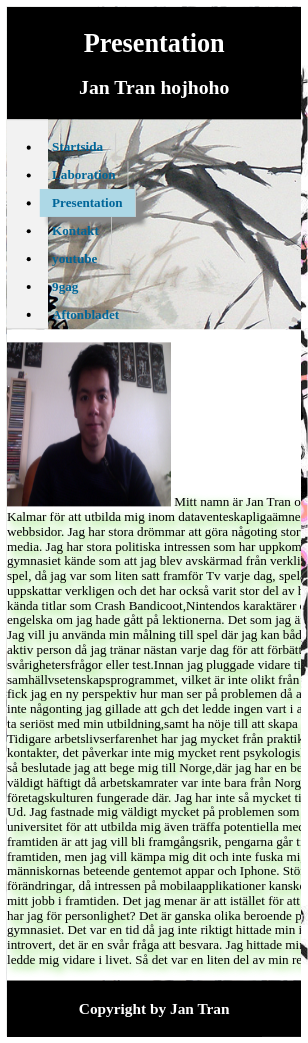
Repository: jt222ic/1ik415-jt222ic-lab-1
Page: pages/presentation.html
The author's editor kept a record of every edit. The page is drawn from the files as they stood at one moment, then again after the next edit.
The browser window is 375 px wide. The pictures show the whole page, at 82% of full size.

Above is the page before.

### pages/presentation.html
<!DOCTYPE html>
<html lang="sv">

<head>
    <meta charset="utf-8" />
    <title>någonting</title>
    <link rel="stylesheet" href="Csss/style.css" media="screen" />
<link rel="stylesheet" href="Csss/print.css" media="print"/>
<link rel="stylesheet" href="Csss/mobile.css"/>
<meta name="viewport" content="width=device-width, initial-scale=1.0, maximum-scale=1.0, user-scalable=0">

</head>

<body>
<div id="container">


    <div id="header">
        <h1>Presentation</h1>
        <h2> Jan Tran hojhoho</h2>
    </div>

    <div id="nav">
        <ul>
            <li><a id="Start-icon" href="../index.html"> Startsida</a>
            </li>
            <li><a id="Laboration-icon" href="laboration.html"> Laboration</a>
            </li>
            <li><a id="Presentation-icon"href="presentation.html" class="active"> Presentation</a>
            </li>
            <li><a id="Kontakt-icon" href="kontakt.html"> Kontakt</a>
            </li>

            <li><a href="https://www.youtube.com">youtube </a>
            </li>
            <li><a href="https://www.9gag.com">9gag</a>
            </li>
            <li><a href="https://www.Aftonbladet.se">Aftonbladet</a>
            </li>
        </ul>
    </div>
    <div id="content">
    <div id="section">
    <div id="background">             </div>
     <div id="img"><p><img class="left" src="jpeg/JanT.jpg" width="200" height="200" alt="bildavJan"/>
            Mitt namn är Jan Tran och jag är 21 år. Jag har nämligen flyttat ut mig från Katrineholm till Kalmar för att utbilda mig inom dataventeskapligaämnen. Tanken var att jag ville skapa spelorienterade applikationer eller webbsidor. Jag har stora drömmar att
            göra någoting stort med mitt yrke och att jag gör någonting stort och att vara en del i media. Jag har stora politiska intressen som har uppkommit under den tiden efter gymnasiet.Det hände så att under min tid i gymnasiet kände som att jag
            blev avskärmad från verkligheten. Jag har många intressen i livet, det som är tyngst är ju Tv-spel, då jag var som liten satt framför Tv varje dag, spela lite övertid bara att få de extra 10 minuter. Spel är någonting jag uppskattar verkligen
            och det har också varit stor del av halva mitt liv och mina drömmar. Jag spelade mycket med många kända titlar som Crash Bandicoot,Nintendos karaktärer och final fantasy. Utan spel skulle jag inte vara så lika bra på engelska om jag hade gått
            på lektionerna. Det som jag är bra på är mycket med estetiska ämnen som musik och målningar. Jag vill ju använda min målning till spel där jag kan både programmera men även illustrera mitt verk.Jag själv är väldigt aktiv person då jag tränar
            nästan varje dag för att förbättra mina begränsningar, men även lindra stressen för att kunna lösa svårighetersfrågor eller test.Innan jag pluggade vidare till Linneuniversitet så gick jag under min gymnasiet tiden i samhällvsetenskapsprogrammet,
            vilket är inte olikt från lågstadiet,inklusive djupare frågor kring samhälle. Min lärdom där fick jag en ny perspektiv hur man ser på problemen då allting är inte svart och vitt. Det var roligt att studera där, fast det var inte någonting
            jag gillade att gch det ledde ingen vart i arbetslivet.Så därför valde jag Linneuniversitet då jag ville verkligen ta seriöst med min utbildning,samt ha nöje till att skapa mina egna projekt och få vidkännande.
            <br>Tidigare arbetslivserfarenhet har jag mycket från praktik då idag i Sverige är det riktigt svårt att få jobb utan någon slags av kontakter, det påverkar inte mig mycket rent psykologisk men jag ville verkligen ut i arbetslivet, eftersom jag
            var utåtriktad så beslutade jag att bege mig till Norge,där jag har en bekant som jobbade med bagarier "Baker Hansen". Tiden där var väldigt häftigt då arbetskamrater var inte bara från Norge utan även andra kontinenter. Fick lära mig en massa
            folk, och hur företagskulturen fungerade där. Jag har inte så mycket tidigare erfarenheter av att programmera när jag applicera mig in på Ud. Jag fastnade mig väldigt mycket på problemen som jag själv kunde inte lösa,anledningen till att jag
            vill gå in på universitet för att utbilda mig även träffa potentiella medarbetare som kan supporta mig genom svårigheter. Mina tankar i framtiden är att jag vill bli framgångsrik, pengarna går till att jag kan njuta av mitt liv utan att jag
            behöver oroa mig inför framtiden, men jag vill kämpa mig dit och inte fuska mig igenom. Så jag har överanalyserat spelmarknaden och människornas beteende gentemot appar och Iphone. Största spelmarknaden idag är appar och jag är förberedd på
            förändringar, då intressen på mobilaapplikationer kanske inte håller längre än 10 år vem vet. Jag vill att jag ska trivas med mitt jobb i framtiden. Det jag menar är att istället för att tycka att jobb är tråkigt vill jag istället vilja dit
            istället för hem. Vad har jag för personlighet? Det är ganska olika beroende på vilken grupp man är vid, men det var så sen jag gick under gymnasiet. Det var en tid då jag inte riktigt hittade min identitet, visste inte om jag var verkligen
            realist eller en som introvert, det är en svår fråga att besvara. Jag hittade min identitet tillslut och jag blev mer lyckligare om mig själv som ledde mig vidare i livet.
            Så det var en liten del av min resa.Nästa äventyr! Tack För mig!



        </p>
</div>
    </div>







</div>
<div id="footer">
        <h3>Copyright by Jan Tran</h3>
    </div>
</div>

</div>


</body>

</html>

### pages/Csss/style.css
/* backgrundsbild */

body  {
    background-image: url('../jpeg/China.jpg');

    }
/* text för p typografi */
p{
    color:black;
text-shadow: 5px 5px 10px #41C800;
    font-style: italic, sans-serif;
    text-align:left;




}

/* formulär */
#cform input, #cform textarea, #cform select
{
width:300px;
margin-bottom:20px;
}
#cform textarea { height:100px; }
#cform .checkbox { width:auto; }

.img{
    float:left;
}




/* navigation */

#nav {
      width: 14%;
      float: left;
      margin:0;
      padding: 0;
      list-style: none;
      background-color: #f2f2f2;
      border-bottom: 1px solid #ccc;
      border-top: 1px solid #ccc; }
   #nav li {float:left;
       }
   #nav li a {
      display: block;
      padding: 8px 15px;
      text-decoration: none;
      font-weight: bold;
      color: #069;
      border-right: 1px solid #ccc;
      list-style:none;}
   #nav li a:hover {
       list-style:none;
      color: #c00;
      background-color: #fff; }

      /* nav focus class */





      /* class active */

.active{

        font-weight:bold;
        text-align:left;
        color:black;

         box-shadow: 10px 10px 5px #888888;
         background-color: lightblue;
        /* skuggning för märkning */

    }

    /* content */

    #content{


        background-color:white;

        float:left;
        width: 800px;
    }




    /* header */

    #header {
    background-color:black;
    color:white;
    text-align:center;
    padding:5px;
    }


    /*footer */


    #footer {

    background-color:black;
    color:white;
    clear:both;
    text-align:center;
   padding:5px;
}

#container {
    overflow: auto;
    background-image: url('../jpeg/bird.jpg');
    max-width: 950px;
    margin: 0 auto;

}

### pages/Csss/mobile.css
@media only screen and (max-device-width: 480px) {

#container {width:350px;}

#content { max-width:100%;}

#nav { width:350px;}
video, img {max-width:100%;}

#footer {max-width:100%;}

#header {max-width:100%;}

#section {width:350px;}
body{ margin:0;

}


}

### pages/Csss/print.css
@media print {


.active{
  box-shadow: none;

}


.videobort{display:none;


}

#nav{ display:none;}

#kuk { display:none;}

/*försöker ta bort sidescrollen... */

html { overflow: hidden; }
}

After the next edit:
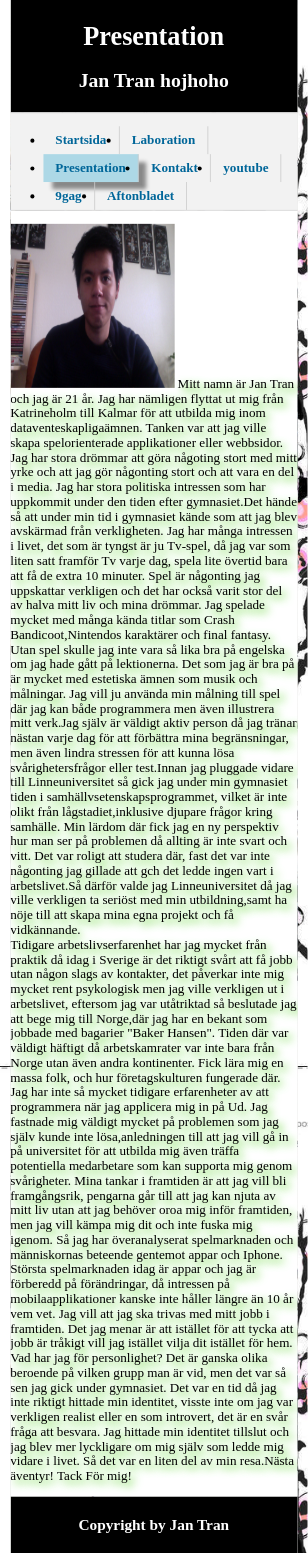
The edit:
--- a/pages/Csss/mobile.css
+++ b/pages/Csss/mobile.css
@@ -1,4 +1,4 @@
-@media only screen and (max-device-width: 480px) {
+@media screen and (max-width: 480px) {
 
 #container {width:350px;}
 
